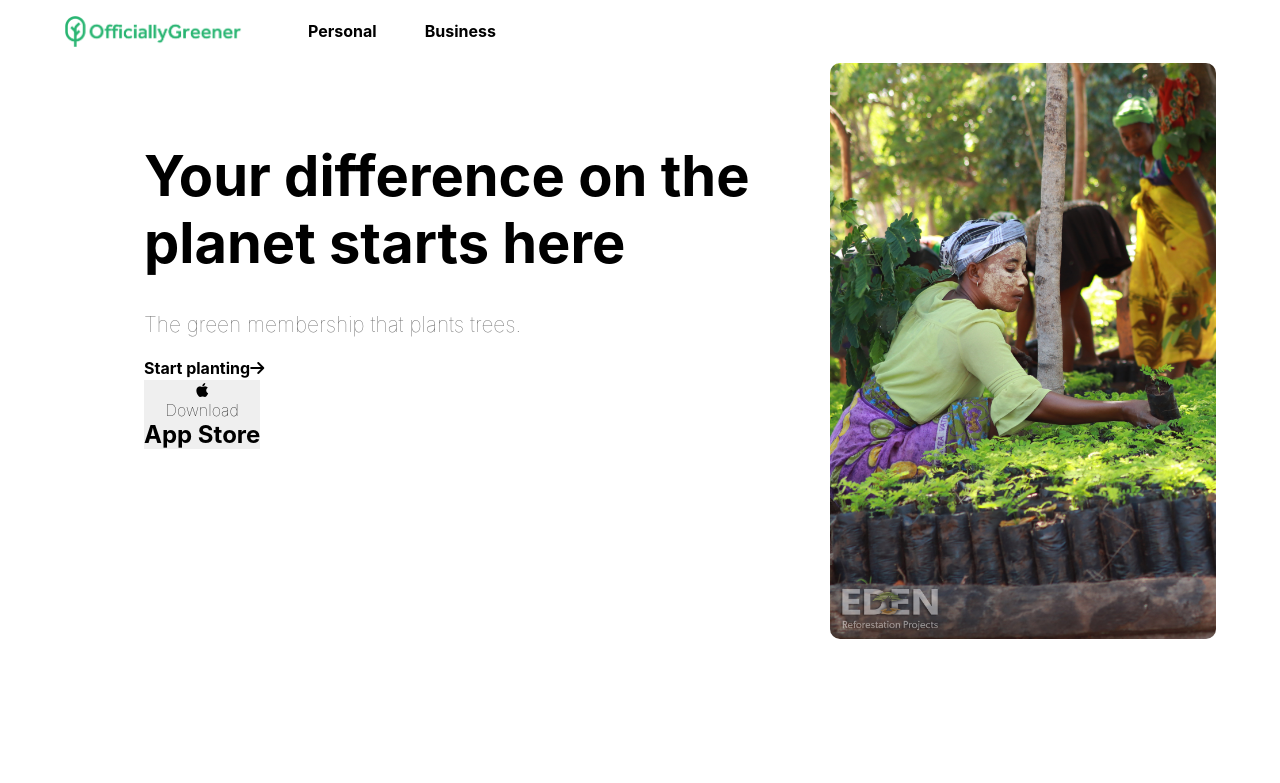
Repository: Sinkycode/Officially-Greener-v2
Page: index.html
The author's editor kept a copy of each file at every save. The page is drawn from the files as they stood at one save, then again after the next save.
The browser window is 1280 px wide. The pictures show the whole page.
Some web libraries are served in a nearby version.

Above is the page before, as saved 2023-03-08 15:45:06.

### index.html
<!DOCTYPE html>
<html lang="en">
<head>
  <meta charset="UTF-8">
  <meta http-equiv="X-UA-Compatible" content="IE=edge">
  <meta name="viewport" content="width=device-width, initial-scale=1.0">
  <link rel="stylesheet" href="https://cdnjs.cloudflare.com/ajax/libs/font-awesome/6.3.0/css/all.min.css" integrity="sha512-SzlrxWUlpfuzQ+pcUCosxcglQRNAq/DZjVsC0lE40xsADsfeQoEypE+enwcOiGjk/bSuGGKHEyjSoQ1zVisanQ==" crossorigin="anonymous" referrerpolicy="no-referrer" />

  <link rel="stylesheet" href="style.css">
  <title>Officially Greener</title>
</head>
<body>
  <header>
    <div class="mobile">
      <img src="Logo/Officially Greener Transparent background.png" alt="" class="primary-logo logo">
      <i class="fa-sharp fa-solid fa-bars"></i>
    </div>

    <div class="desktop">
      <img src="Logo/Officially Greener Transparent background.png" alt="" class="primary-logo logo">
      <ul class="primary-nav">
        <li><a href="http://">Personal</a></li>
        <li><a href="http://">Business</a></li>
      </ul>
    </div>

  </header>

  <section id="landing-page">
   <div class="container">
    <div class="landing-page__image">
      <img src="Images/Magagascar.jpg" alt="">
    </div>
    <div class="landing-page__context">
     <div class="texts">
      <h1 class="big-txt">Your difference on the planet starts here</h1>
      <p class="gray-para">The green membership that plants trees.</p>
      <a href="#" class="simple-link">Start planting<i class="fa-sharp fa-solid fa-arrow-right"></i></a>
     </div>
     <button class="apple-btn">
      <i class="fa-brands fa-apple"></i>
      <div class="wrap">
        <p>Download</p>
        <h1>App Store</h1>
      </div>
     </button>
    </div>
   </div>
  </section>
  <section id="note"></section>
  <section id="personal"></section>
</body>
</html>

### style.css
:root {
  --neutral-100: hsl(0, 0%, 100%);
  --neutral-200: hsl(0, 0%, 80%);
  --neutral-400: hsl(0, 0%, 40%);
  --neutral-600: hsl(0, 0%, 20%);
  --neutral-800: hsl(0, 0%, 0%);

  --accent: hsl(153, 68%, 42%);

  --txt-size-200: .8rem;
  --txt-size-400: 1rem;
  --txt-size-500: 2rem;
  --txt-size-600: 3rem;
  --txt-size-800: 3.5rem;

  --gray-para: var(--neutral-400);

}

*, *::after, *::before {
  box-sizing: border-box;
  margin: 0;
  padding: 0;
}

html, body {
  font-family: -apple-system, BlinkMacSystemFont, Segoe UI, Roboto, Oxygen, Ubuntu, Cantarell, Fira Sans, Droid Sans, Helvetica Neue, sans-serif;
  scroll-behavior: smooth;
  overflow-x: hidden;
}

body {
  line-height: 1.5;
  font-size: 16px;
}

/* CUSTOMIZATION */
img {
  max-width: 100%;
  display: block;
}

button, input {
  outline: none;
  border: none;
  /* background: transparent; */
  font-family: inherit;
  font-size: inherit;
  color: inherit;
}

ul, p {
  margin: 0;
  list-style: none;
  font-weight: 2

}

a {
  text-decoration: none;
  color: inherit;
  font-weight: bold;
}

h1,h2,h3 {
  margin: 0;
}

.container {
  max-width: 90%;
  margin: 0 auto;
}

.logo {
  width: clamp(180px, 1rem + 10vw, 300px);
}

.mobile {
  display: none;
}

.desktop {
  display: flex;
  align-items: center;
  gap: 4rem;
  padding-block: 1rem;
  padding-inline-start: 4rem;
  width: 50%;
}

.primary-nav {
  display: flex;
  gap: 3rem;
}

.big-txt {
  font-size: var(--txt-size-800);
}

.gray-para {
  color: var(--gray-para);
}

/* ========= landign page ========= */
#landing-page {
  /* border: 3px solid black; */
  height: 100vh;
}

#landing-page .container {
  display: flex;
  gap: 1rem;
  height: 100%;
  /* border: 1px solid red; */
}

@media (min-width: 768px) {
  .landing-page__context {
    order: 1;
    margin-left: 5rem;
    margin-top: 5rem;
  }

  .landing-page__image {
    order: 2;
  }
}

.landing-page__context {
  min-width: 45%;
}

.landing-page__context .big-txt {
  /* border: 1px solid red; */
  min-width: 80%;
  line-height: 1.2;
  margin-bottom: 2rem;
}

.landing-page__context .gray-para {
  margin-block: 1rem;
  font-size: 1.3rem;
}

.landing-page__image {
  width: 55%;
  height: 80%;
  border-radius: 10px;
  overflow: hidden;
}

.landing-page__image img {
  height: 100%;
  object-fit: cover;
  object-position: left;
}

@media (max-width: 1000px) {
  #landing-page .container {
    display: block;
  }
}

After the next save:
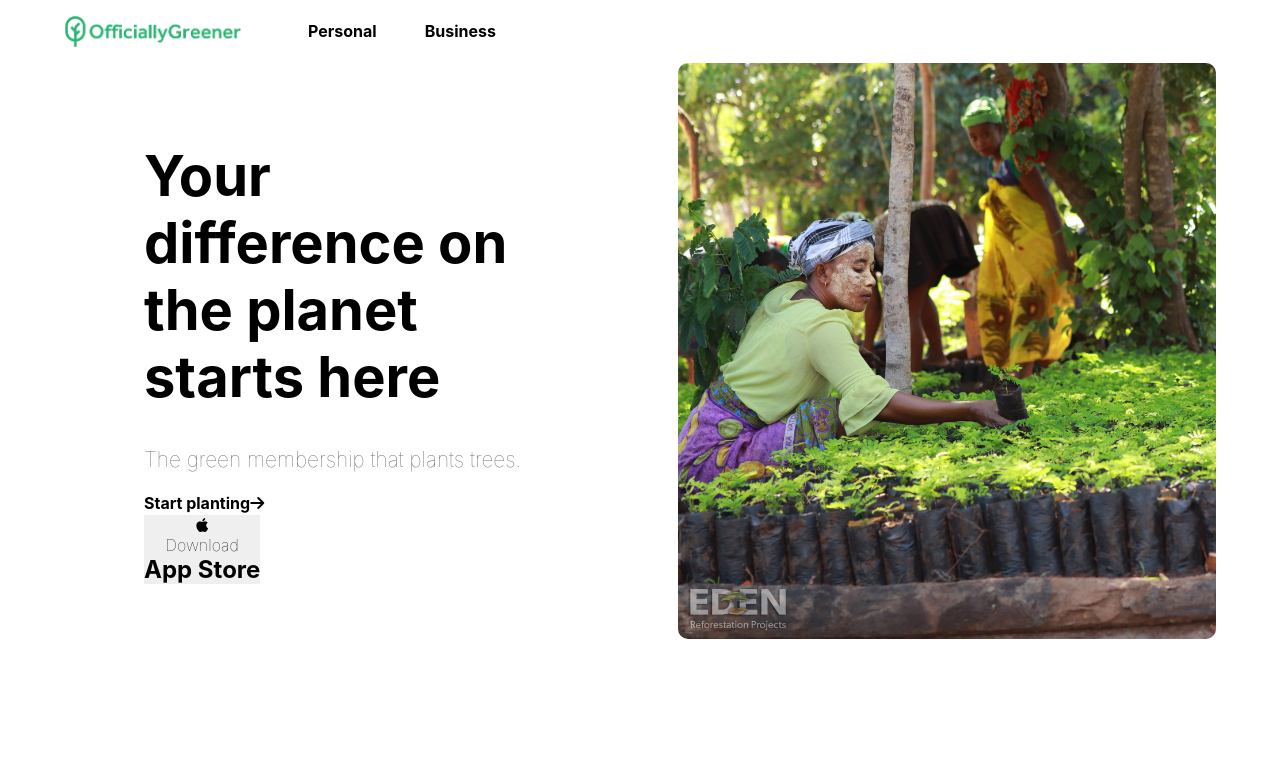
Saved 15 s later.
--- a/style.css
+++ b/style.css
@@ -127,12 +127,12 @@
 }
 
 .landing-page__context {
-  min-width: 45%;
+  max-width: 45%;
 }
 
 .landing-page__context .big-txt {
   /* border: 1px solid red; */
-  min-width: 80%;
+  max-width: 80%;
   line-height: 1.2;
   margin-bottom: 2rem;
 }
